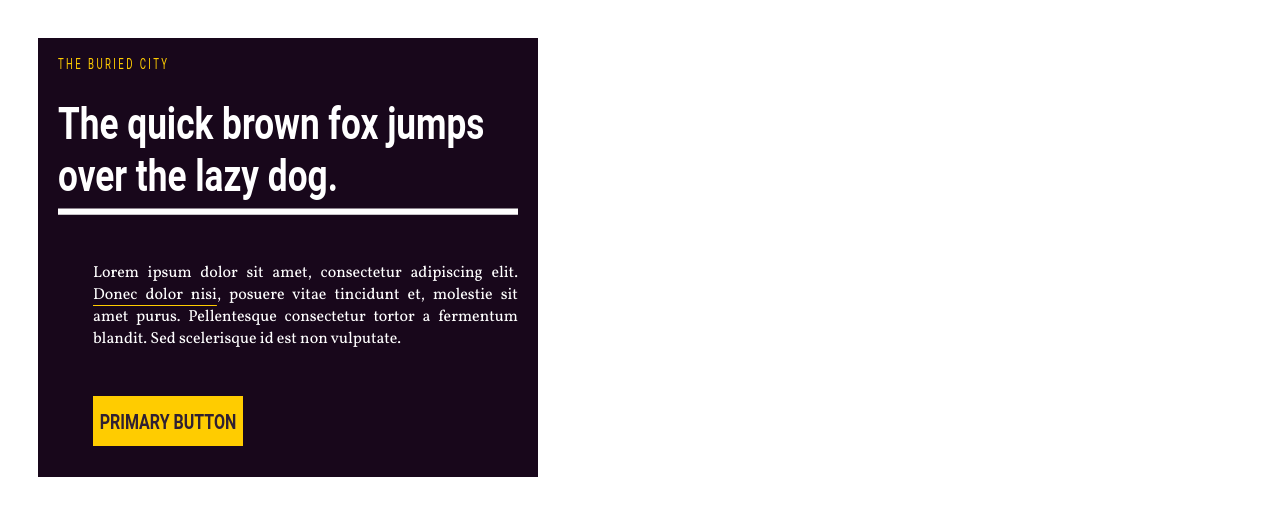
Repository: rafigabriel/TP2---Web-I
Page: ex03-css/index.html
The author's editor kept a copy of each file at every save. The page is drawn from the files as they stood at one save, then again after a run of saves.
The browser window is 1280 px wide. The pictures show the whole page.

Above is the page before, as saved 2024-09-09 18:28:20.

### ex03-css/index.html
<!DOCTYPE html>
<html lang="pt-br">
    <head>
        <meta charset="UTF-8">
        <meta name="viewport" content="width=device-width, initial-scale=1.0">
        <title>Exercicio 3</title>
        <link rel="stylesheet" href="style.css">
        <link rel="preconnect" href="https://fonts.googleapis.com">
        <link rel="preconnect" href="https://fonts.gstatic.com" crossorigin>
        <link
            href="https://fonts.googleapis.com/css2?family=Roboto+Condensed:ital,wght@0,100..900;1,100..900&display=swap"
            rel="stylesheet">
        <link rel="preconnect" href="https://fonts.googleapis.com">
        <link rel="preconnect" href="https://fonts.gstatic.com" crossorigin>
        <link
            href="https://fonts.googleapis.com/css2?family=Vollkorn:ital,wght@0,400..900;1,400..900&display=swap"
            rel="stylesheet">

    </head>
    <body>
        <div id="container">
            <p id="secao">The buried city</p>
            <h1>The quick brown fox jumps over the lazy dog.</h1>
            <p>Lorem ipsum dolor sit amet, consectetur adipiscing elit. <a
                    id="link"
                    href="#">Donec dolor nisi</a>, posuere vitae tincidunt et,
                molestie sit amet purus. Pellentesque consectetur tortor a
                fermentum
                blandit. Sed scelerisque id est non vulputate.</p>
            <p>
                <button>Primary button</button>
            </p>

        </div>

    </body>
</html>

### ex03-css/style.css
body{
    width: 500px;
    color: #231900;
    padding: 30px;
}

#container{
    background-color: #18071B;
    padding: 20px;
}

h1{
    font-size: 2.2em;
    font-family: "Roboto", sans-serif;
    font-style: normal;
    font-weight: 700;
    color: white;
    padding-bottom: 5px;
    margin-top: 40px;
    border-bottom: 5px solid white;
    transform: scale(1,1.25);
}
p{
    text-align: justify;
    padding: 35px;
    padding-right: 0;
    padding-bottom: 0;
    font-family: "Vollkorn", serif;
    font-weight: 400;
    font-style: normal;
    font-size: 1em;
    color: white;
}

#secao{
    padding: 0;
    font-family: "Roboto", sans-serif;
    font-style: normal;
    font-weight: 400;
    font-size: 0.6em;
    color: #FFCC00;
    letter-spacing: 0.25em;
    margin-top: auto;
    text-transform: uppercase;
    transform: scale(1,1.5);
}

#link{
    font-family: "Vollkorn", serif;
    font-weight: 400;
    color: white;
    text-decoration: underline;
    text-decoration-color: #FFCC00;
    text-decoration-thickness:1px ;
    text-underline-offset: 6px;
}

button{
    display: block;
    background-color: #FFCC00;
    color: #2F2032;
    width: 150px;
    height: 40px;
    border: none;
    font-size: 1em;
    font-weight: 700;
    margin-top: 0px;
    font-family: "Roboto", sans-serif;
    text-transform: uppercase;
    text-align: center;
    margin-bottom: 0px;
    transform: scale(1,1.25);
}

After the next 2 saves:
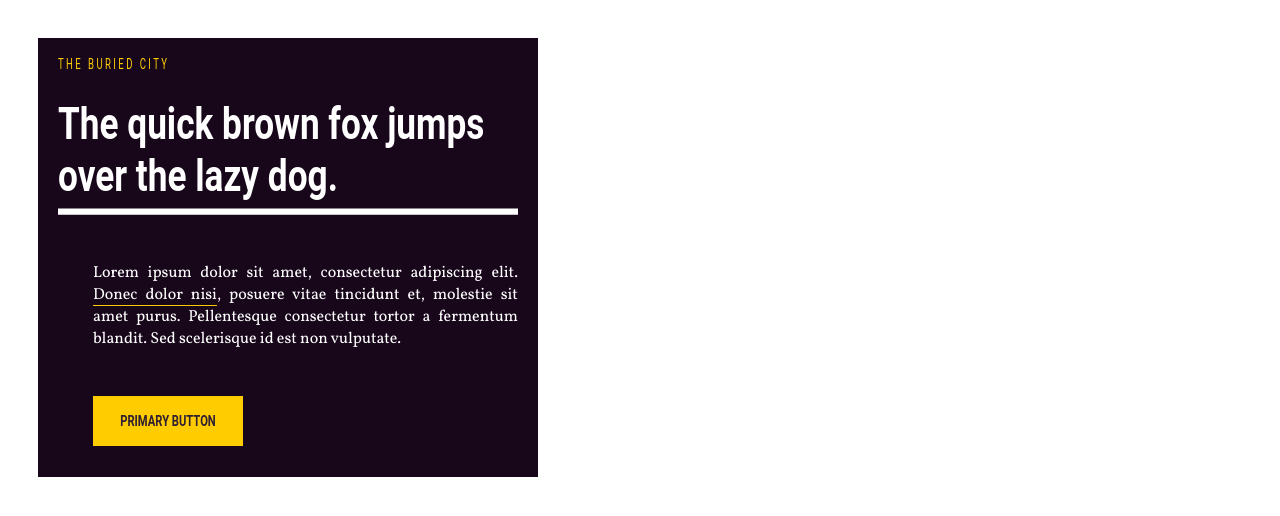
The 2 saves are shown as one change because they came seconds apart.
The last was saved 7 s later.
--- a/ex03-css/style.css
+++ b/ex03-css/style.css
@@ -62,7 +62,7 @@ button{
     width: 150px;
     height: 40px;
     border: none;
-    font-size: 1em;
+    font-size: 0.7em;
     font-weight: 700;
     margin-top: 0px;
     font-family: "Roboto", sans-serif;
